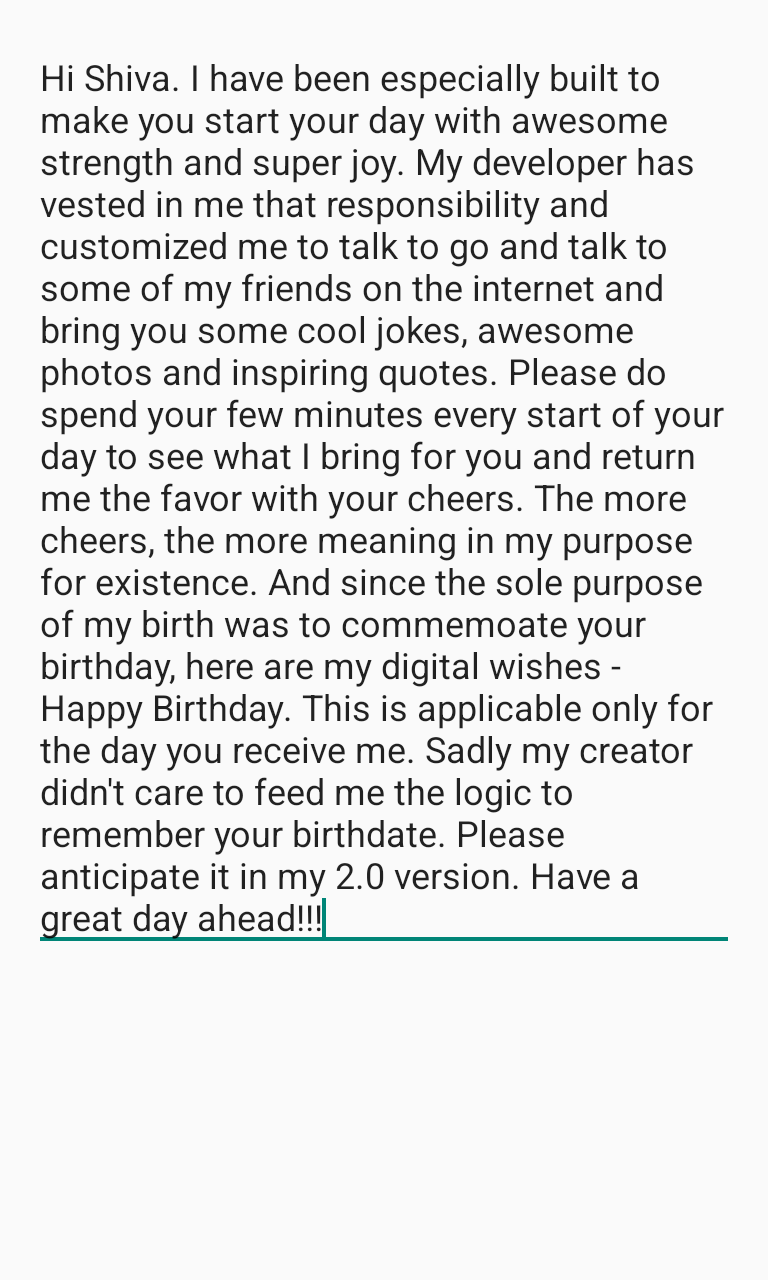
Repository: gitvas/FewMinutesEveryday
Layout: WorkspaceOne/FewMinutesEveryday/res/layout/activity_main.xml
These files come from the project's save history. The layout is drawn as it stood at one moment and after the next save; the edit follows.
It is drawn on a 768 x 1280 px phone screen (xhdpi) without system bars, with theme AppTheme; the app's code is not run.

Above is the layout before, as saved 2014-08-18 16:13:51.

After the next save:
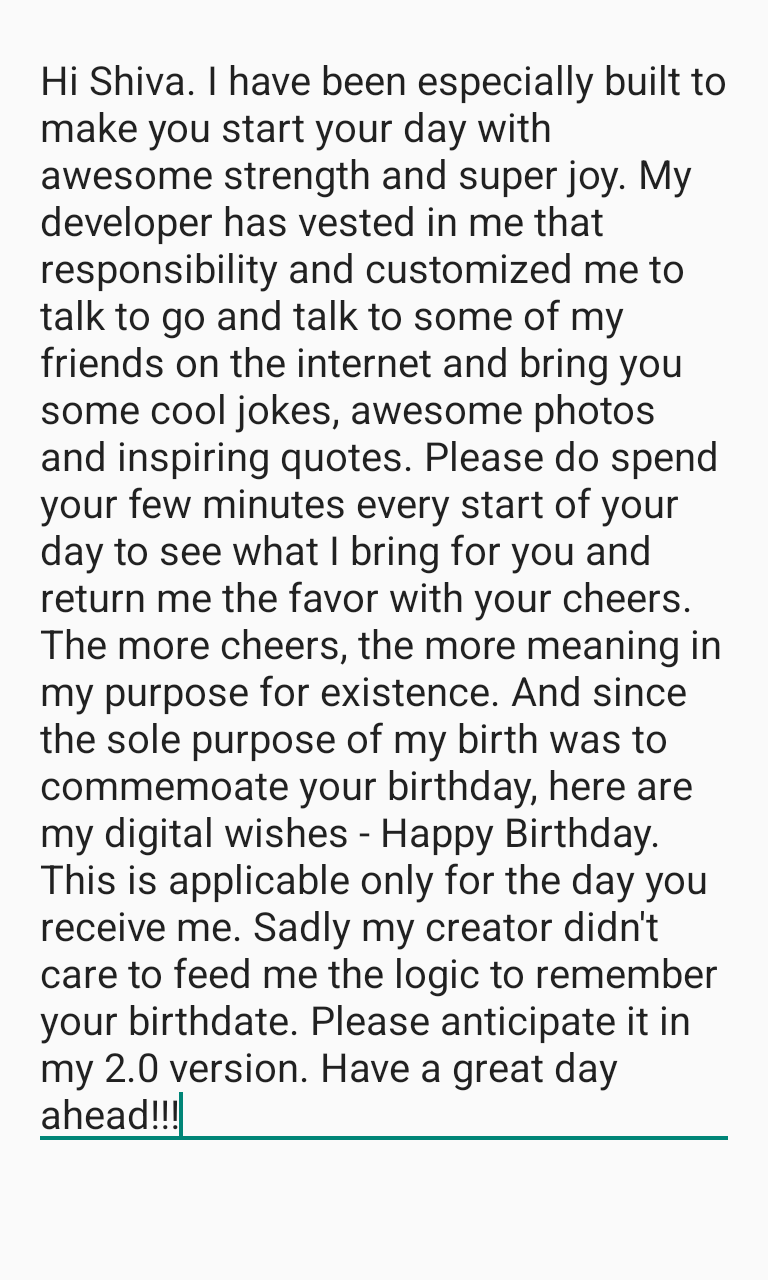
Saved 42 s later.
--- a/WorkspaceOne/FewMinutesEveryday/res/layout/activity_main.xml
+++ b/WorkspaceOne/FewMinutesEveryday/res/layout/activity_main.xml
@@ -13,6 +13,7 @@
         android:layout_width="fill_parent"
         android:layout_height="wrap_content"
         android:layout_centerHorizontal="true"
+        android:textSize="20dp"
         android:ems="10"
         android:inputType="textMultiLine"
         android:text="@string/intro_text" >
